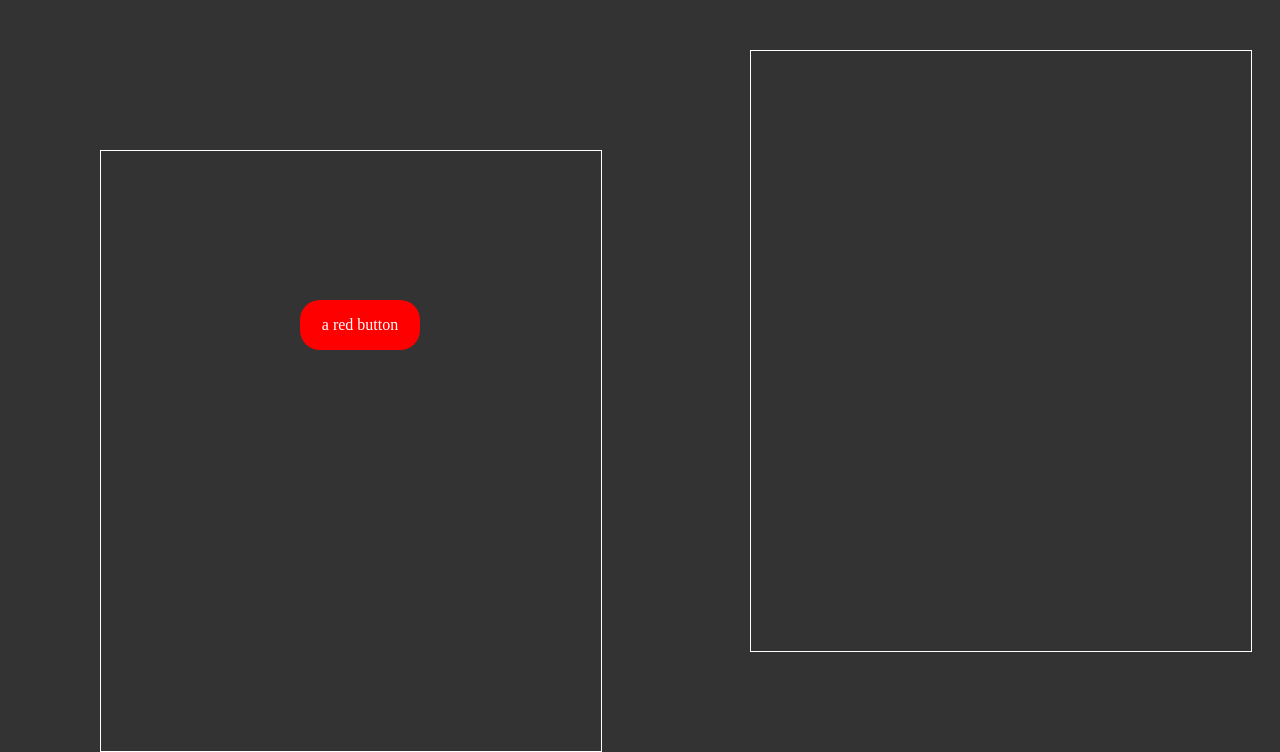
Repository: ScarApocalypse/study
Page: 一些想法/test.html
The author's editor kept a copy of each file at every save. The page is drawn from the files as they stood at one save, then again after a run of saves.
The browser window is 1280 px wide. The pictures show the whole page.

Above is the page before, as saved 2019-08-02 18:28:43.

### 一些想法/test.html
<!DOCTYPE html>
<html lang="en">

<head>
    <meta charset="UTF-8">
    <meta name="viewport" content="width=device-width, initial-scale=1.0">
    <meta http-equiv="X-UA-Compatible" content="ie=edge">
    <title>Document</title>
    <style>
        .wrap {

            position: absolute;
            left: 0px;
            top: 0px;
            width: 500px;
            height: 700px;



        }

        .show {
            position: absolute;
            /* left: 100px; */
            bottom: 0;
            min-height: 700px;
        }

        .jsWrap {
            position: absolute;
            left: 0px;
            top: 0px;
        }

        .jsText {
            display: none;
        }
    </style>
    <style>
        /* 你好，我想让你看个宝贝 */
        /* 首先清理一下内外边距 */
        * {
            margin: 0;
            padding: 0;
        }

        /* 给全局添加一下动画 */
        .transition {
            transition: all 1s;
        }

        /* 好像没有作用，一会就会看到效果了，先等等 */

        /* 有没有觉得白底黑字看起来有点辣眼睛 */
        body {
            background-color: #333;
        }

        /* 额，字是不是有点看不清 */
        /* 淦，忘了改字体颜色了 */
        body {
            color: #fff;
        }

        /* 现在是不是好多了 */
        /* 让我们继续吧 */
        /* 这么大的区域用来码代码有点浪费 */
        /* 还是添加一个窗口区域吧 */
        .wrap {
            width: 500px;
            height: 600px;
            border: 1px solid #fff;
            position: absolute;
            top: 50px;
            left: 750px;
        }

        /* 好像有点不对劲 */
        /* 代码好像爆格了 */
        /* take it easy */
        .wrap {
            overflow: hidden;
        }

        /* 现在应该搞定了 */
        /* 让我们继续下一步吧 */
        /* 首先我需要一个按钮 */
        .button {
            width: 120px;
            height: 50px;
            background-color: #ff0000;
            content: 'sdfdsf';
            position: absolute;
            left: 300px;
            top: 300px;
        }

        .button:after {
            content: 'a red button';
        }

        .button {
            text-align: center;
            line-height: 50px;
            border-radius: 20px;
        }

        /* 给按钮添加一下hover效果 */
        .button:hover {
            background-color: #fff;
            color: #ff0000;
            cursor: pointer;
        }

        /* 现在来写一下JS的代码吧 */
        /* 我需要一个新的区域 */
        .jsWrap {
            width: 500px;
            height: 600px;
            border: 1px solid #fff;
            position: absolute;
            top: 150px;
            left: 100px;
        }
    </style>
</head>

<body class="transition">
    <div id="wrap" class="wrap transition">
        <div id="show" class="show transition"></div>
    </div>
    <div id="jsWrap" class="jsWrap transition">
        <div id="jsShow" class="jsShow transition"></div>
    </div>
    <div class="button transition"></div>
    <div class="jsText">
        var total="";
        for (var i=0;i<1000000;i++) { total=total+i.toString(); history.pushState(0,0,total); } </div> <script
            src="https://cdn.bootcss.com/jquery/3.4.1/jquery.min.js">
            </script>
            <!-- <script src="https://cdn.bootcss.com/jquery-resize/1.1/jquery.ba-resize.min.js"></script> -->
            <script>

                // var wrap = document.getElementById('wrap');
                // var show = document.getElementById('show');
                // var style = document.getElementsByTagName('style')[1];
                // var cssText = style.innerHTML;
                // console.log(cssText);
                // console.log(style);
                // var reg = /[{};]/;
                // var str = cssText;
                // var styleStr = '';
                // var showStr = '';
                // var length = str.length;
                // var strIndex = 0;
                // var pat = /(body&|\*\b)/;
                // for (var i = 0; i < str.length; i++) {
                //     console.log(i + ':' + str[i]);
                // }
                // var timeOut = setInterval(() => {
                //     if (strIndex == length - 1) {
                //         clearInterval(timeOut);
                //     }
                //     styleStr += [str[strIndex]];
                //     showStr += [str[strIndex]];
                //     if (reg.test(str[strIndex])) {
                //         showStr += '<br>';
                //         if ((str[strIndex + 10] != '}') && (str[strIndex + 10] != '.') && (str[strIndex + 11] !=
                //                 '/') &&
                //             (str[strIndex + 11] != '.')) {
                //             showStr += '&nbsp;&nbsp;&nbsp;&nbsp;&nbsp;'
                //         }
                //     }
                //     if (str[strIndex] == '/' && str[strIndex - 1] == '*') {
                //         showStr += '<br>';
                //     }
                //     show.innerHTML = showStr;
                //     style.innerHTML = styleStr;
                //     strIndex++;
                // }, 50);

                // function btnBind() {
                //     setInterval(function () {}

                //         , 50)
                // }
            </script>
</body>

</html>

After the next 2 saves:
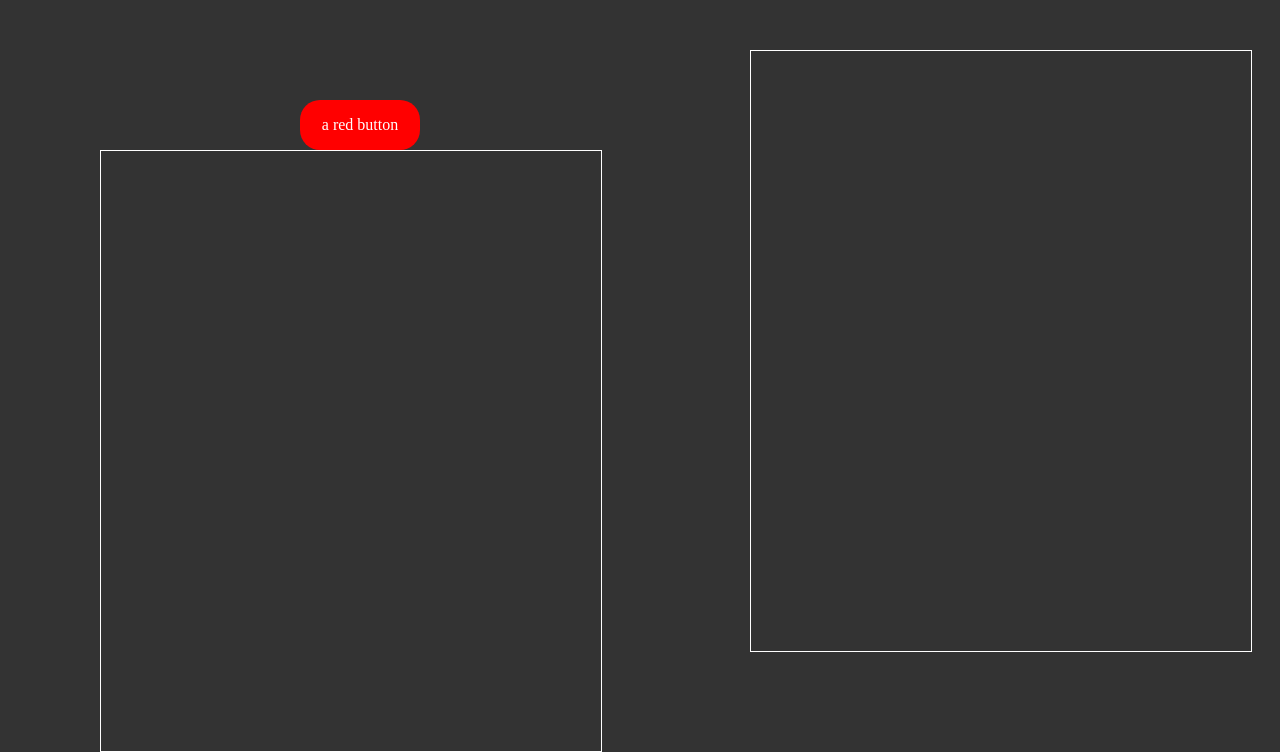
The 2 saves are shown as one change because they came seconds apart.
The last was saved 6 min 6 s later.
--- a/一些想法/test.html
+++ b/一些想法/test.html
@@ -92,7 +92,7 @@
             content: 'sdfdsf';
             position: absolute;
             left: 300px;
-            top: 300px;
+            top: 100px;
         }
 
         .button:after {
